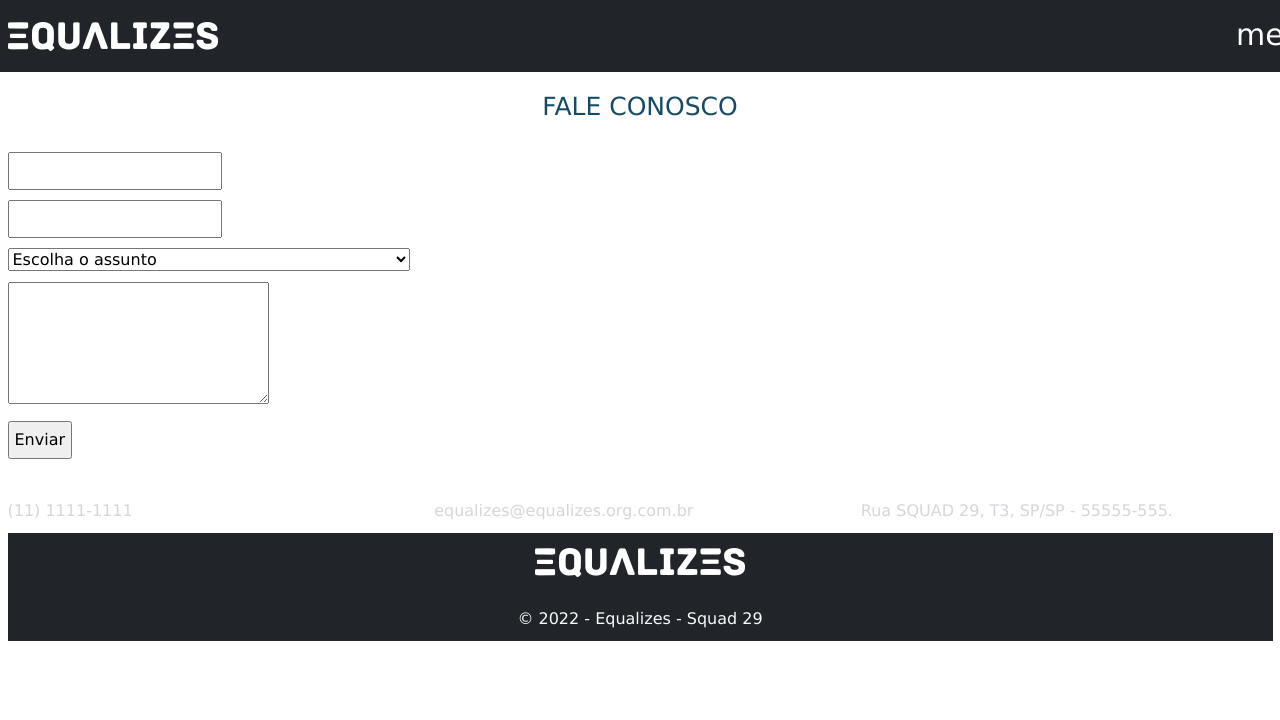
Repository: SQUAD29T3/-SpringEqualizesFinal
Page: http://localhost/admin/contato/editar
An editor plug-in stored every save of this project. The page is shown before and after the next save, followed by the edit.
The browser window is 1280 px wide. The pictures show the whole page.
The page is this project's Thymeleaf template; nobody is signed in. The template is opened directly, without the code that normally fills it, so the values that code supplies are empty.

Above is the page before, as saved 2022-10-25 16:02:33.

After the next save:
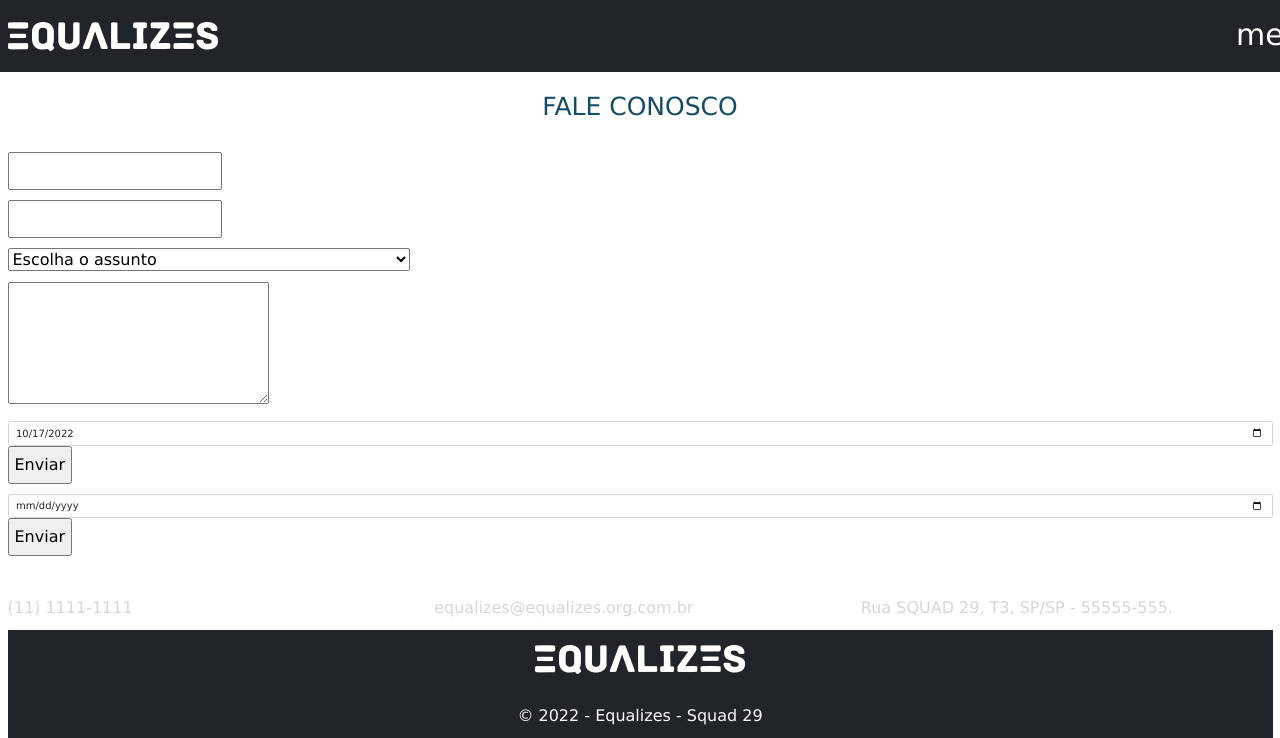
Saved 36 s later.
--- a/SpringEqualizes/src/main/resources/templates/admin/contato/editar.html
+++ b/SpringEqualizes/src/main/resources/templates/admin/contato/editar.html
@@ -176,7 +176,15 @@
 
 						<div class="col-12 mt-3">
 
-							<input type="date" class="form-control" name="dataContato" id="dataContato" hidden />
+							<input type="date" class="form-control" name="dataContato" id="dataContato"  />
+
+							<input type="submit" value="Enviar">
+
+						</div>
+
+						<div class="col-12 mt-3">
+
+							<input type="date" class="form-control" name="dataResposta" id="dataResposta"  />
 
 							<input type="submit" value="Enviar">
 
